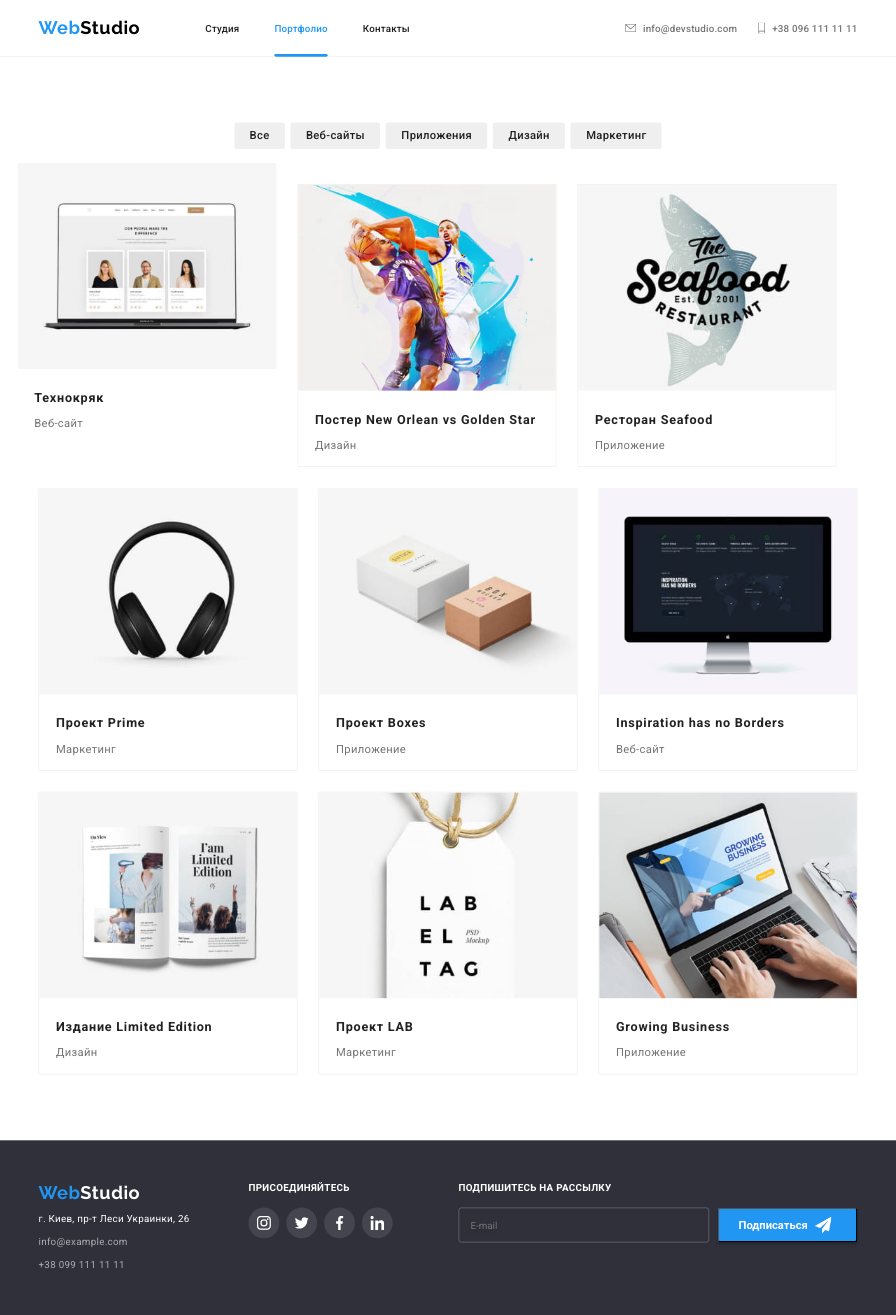
Repository: UliyaKucherernko/home-work-8
Page: porfolio.html
An editor plug-in stored every save of this project. The page is shown before and after the next save, followed by the edit.
The browser window is 1280 px wide. The pictures show the whole page, at 70% of full size.
Some web libraries are served in a nearby version. The style sheet was rebuilt from its Sass, Less or Tailwind sources for each picture, by a compiler version that may differ from the author's.

Above is the page before, as saved 2021-05-05 23:33:24.

### porfolio.html
<!DOCTYPE html>
<html lang="en">
<head>
   <meta charset="UTF-8" />
   <meta http-equiv="X-UA-Compatible" content="IE=edge" />
   <meta name="viewport" content="width=device-width, initial-scale=1.0" />
   <title>WebStudio Портфолио</title>
   <link rel="stylesheet"
      href="https://cdnjs.cloudflare.com/ajax/libs/modern-normalize/1.0.0/modern-normalize.min.css" />
   <link rel="preconnect" href="https://fonts.gstatic.com" />
   <link
      href="https://fonts.googleapis.com/css2?family=Raleway:wght@700&family=Roboto:wght@400;500;700;900&display=swap"
      rel="stylesheet" />
   <link rel="stylesheet" href="./css/styles.min.css" />
</head>
<body>
<header class="header">
   <div class="header__container container">
      <nav class="navigation">
         <a class="link logo" href="index.html">
            <span class="web">Web</span><span class="studio">Studio</span></a>
         <ul class="list">
            <li class="header__menu-item">
               <a href="./index.html" class="link header__menu-link">Студия</a>
            </li>
            <li class="header__menu-item">
               <a href="./porfolio.html" class="link header__menu-link current">Портфолио</a>
            </li>
            <li class="header__menu-item">
               <a href="" class="link header__menu-link">Контакты</a>
            </li>
         </ul>
      </nav>
      <div class="list header__contact-item">
         <a class="link header__link" href="mailto:info@devstudio.com">
            <svg class="header__icon" width="16" height="12">
               <use href="./images/icons-sprite.svg#icon-mail"></use>
            </svg>
            info@devstudio.com
         </a>
         <a class="link header__link" href="tel:+380961111111">
            <svg class="header__icon" width="10" height="16">
               <use href="./images/icons-sprite.svg#icon-phone"></use>
            </svg>
            +38 096 111 11 11
         </a>
      </div>
   </div>
</header>
     <!--что входит в портфолио-->
    <main>
      <section class="gallery">
         <div class="container">
          <ul class="list gallery__btn">
              <li><button class="gallery__btn-filtr" type="button">Все</button></li>
              <li><button class="gallery__btn-filtr" type="button">Веб-сайты</button></li>
              <li><button class="gallery__btn-filtr" type="button">Приложения</button></li>
              <li><button class="gallery__btn-filtr" type="button">Дизайн</button></li>
              <li><button class="gallery__btn-filtr" type="button">Маркетинг</button></li>
          </ul>
 <ul class="gallery__list">
      <li class="gallery__item">
         <div class="gallery__thumb">
           <img src="./images/1-monitor.jpg" alt="на мониторе 3 фотокарточки людей" width="370">
               <div class="gallery__overlay">
                  <p class="gallery__text-overlay">Технокряк это современная площадка распространения коронавируса.
                        Компании используют эту платформу для цифрового
                        шпионажа и атак на защищённые сервера конкурентов.</p>
               </div>


                  <div class="gallery__text">
                       <h3 class="gallery__name">Технокряк</h3>
                       <p class="gallery__main-name">Веб-сайт</p>
                  </div>
      </li>
      <div class="gallery__card">
         <div class="gallery__thumb">
            <li><img src="./images/2-nba.jpg" alt="2 прня играют в баскетбол" width="370">
               <div class="gallery__overlay">
                     <p class="gallery__text-overlay">New Orleans Pelicans — профессиональный баскетбольный клуб,
                         выступающий в Национальной баскетбольной ассоциации.
                     Изначально годом основания команды считался 1988 год.</p>
               </div>
            </li>
         </div>
                  <div class="gallery__text">
                     <h3 class="gallery__name">Постер New Orlean vs Golden Star</h3>
                        <p class="gallery__main-name">Дизайн</p>
                  </div>
      </div>
      <div class="gallery__card">
         <div class="gallery__thumb">
            <li><img src="./images/3-seafood.jpg" alt="рыбный ресторан" width="370">
               <div class="gallery__overlay">
                     <p class="gallery__text-overlay">Рыбный ресторан «Seafood» расположен по бульвару Леси Украинки, недалеко от станции метро Печерская. При входе
                     слева расположен большой аквариум со свежими устрицами.</p>
               </div>
            </li>
         </div>
                  <div class="gallery__text">
                     <h3 class="gallery__name">Ресторан Seafood</h3>
                     <p class="gallery__main-name">Приложение</p>
                  </div>
      </div>
      <div class="gallery__card">
         <div class="gallery__thumb">
            <li><img src="./images/4-prime.jpg" alt="наушники" width="370">
               <div class="gallery__overlay">
                  <p class="gallery__text-overlay">Наушники представляют собой пару небольших по размеру головных телефона или блока наушника,
                      надеваемых на голову или вставляемых прямо в ушные каналы.</p>
               </div>
            </li>
         </div>
                  <div class="gallery__text">
                     <h3 class="gallery__name">Проект Prime</h3>
                     <p class="gallery__main-name">Маркетинг</p>
                  </div>
      </div>

      <div class="gallery__card">
         <div class="gallery__thumb">
            <li><img src="./images/5-boxes.jpg" alt="2 коробки разного размера" width="370">
               <div class="gallery__overlay">
                  <p class="gallery__text-overlay">BOXES - изделие простой конструкции из картона или другого плотного материала
                      в форме многогранника</p>
               </div>
            </li>
         </div>
                  <div class="gallery__text">
                     <h3 class="gallery__name">Проект Boxes</h3>
                     <p class="gallery__main-name">Приложение</p>
                  </div>
      </div>

      <div class="gallery__card">
         <div class="gallery__thumb">
            <li><img src="./images/6-borders.jpg" alt="монитор борд с картой мира" width="370">
               <div class="gallery__overlay">
                  <p class="gallery__text-overlay">Реклама - аправление в маркетинговых коммуникациях, в рамках которого производится
                     распространение информации для привлечения
                  внимания к объекту рекламирования с целью формирования или поддержания интереса к нему.</p>
               </div>
            </li>
         </div>
                  <div class="gallery__text">
                     <h3 class="gallery__name">Inspiration has no Borders</h3>
                     <p class="gallery__main-name">Веб-сайт</p>
                  </div>
      </div>
      <div class="gallery__card">
         <div class="gallery__thumb">
            <li><img src="./images/7-magazine.jpg" alt="журнал" width="370">
               <div class="gallery__overlay">
                  <p class="gallery__text-overlay">Специальный вид издания художественного произведения, куда включены дополнительные материалы, отсутствующие в стандартной версии.</p>
               </div>
            </li>
         </div>
                  <div class="gallery__text">
                     <h3 class="gallery__name">Издание Limited Edition</h3>
                     <p class="gallery__main-name">Дизайн</p>
                  </div>
      </div>
      <div class="gallery__card">
         <div class="gallery__thumb">
            <li><img src="./images/8-labels.jpg" alt="белая этикетка бирка" width="370">
               <div class="gallery__overlay">
                  <p class="gallery__text-overlay">Label-графический или текстовый знак,
                     нанесённый в виде наклейки, бирки или талона на товар, экспонат, любой другой продукт
                  производства, с указанием торговой марки производителя.</p>
               </div>
            </li>
         </div>
                  <div class="gallery__text">
                     <h3 class="gallery__name">Проект LAB</h3>
                     <p class="gallery__main-name">Маркетинг</p>
                  </div>
      </div>
      <div class="gallery__card">
         <div class="gallery__thumb">
            <li><img src="./images/9-nout.jpg" alt="печатают на ноуте" width="370">
               <div class="gallery__overlay">
                  <p class="gallery__text-overlay">Offline/Online - работа, доступная для широких масс населения, использующая главные достоинства Интернета</p>
               </div>
            </li>
         </div>
                     <div class="gallery__text">
                        <h3 class="gallery__name">Growing Business</h3>
                        <p class="gallery__main-name">Приложение</p>
                     </div>
      </div>
   </ul>
      </div>
     </section>
    </main>

   <!--подвал-->
   <footer class="footer">
      <div class="container footer__container">
         <div class="footer__block">
            <a class="link logo" href="index.html">
               <span class="web">Web</span><span class="footer__studio">Studio</span></a>
            <address>
               <ul class="footer__list">
                  <li>
                     <a href="" class="link footer__adress">г. Киев, пр-т Леси Украинки, 26</a>
                  </li>
                  <li>
                     <a href="mailto:info@example.com" class="link footer__contact">info@example.com</a>
                  </li>
                  <li>
                     <a href="+380991111111" class="link footer__contact">+38 099 111 11 11</a>
                  </li>
               </ul>
            </address>
         </div>
         <div class="footer__block">
            <p class="footer__sleng">присоединяйтесь</p>
            <ul class="social-icons">
               <li class="social-icon-item">
                  <a href="" class="social-icon-link footer__icon">
                     <svg>
                        <use href="./images/icons-sprite.svg#icon-instagram"></use>
                     </svg>
                  </a>
               </li>
               <li class="social-icon-item">
                  <a href="" class="social-icon-link footer__icon">
                     <svg>
                        <use href="./images/icons-sprite.svg#icon-twitter"></use>
                     </svg>
                  </a>
               </li>
               <li class="social-icon-item">
                  <a href="" class="social-icon-link footer__icon">
                     <svg>
                        <use href="./images/icons-sprite.svg#icon-facebook"></use>
                     </svg>
                  </a>
               </li>
               <li class="social-icon-item">
                  <a href="" class="social-icon-link footer__icon">
                     <svg>
                        <use href="./images/icons-sprite.svg#icon-linkedin"></use>
                     </svg>
                  </a>
               </li>
            </ul>
         </div>
         <div class="footer__block">
            <p class="footer__sleng">подпишитесь на рассылку</p>
            <form name="footer__form" class="footer__form" novalidate>
               <input type="email" name="email" class="footer__contact-form" id="user_email" placeholder="E-mail" />
               <button type="submit" class="footer__button">Подписаться
                  <svg class="footer__icon-send" width="24px" height="24px">
                     <use href="./images/icons-sprite.svg#icon-icon-send"></use>
                  </svg>
               </button>
            </form>
         </div>
      </div>
   </footer>
   </body>
   </html>

### sass/styles.scss
@import "./vendors/modern-normalize";
@import "./utils/variables";

@import "./base/common";
@import "./base/container";

@import "./components/button";
@import "./components/social-icon";
@import "./components/logo";
@import "./components/section-title";
@import "./components/modal";
@import "./components/modal-form";
@import "./components/contract-checkbox";

@import "./layouts/grid";
@import "./layouts/header";
@import "./layouts/footer";
@import "./layouts/hero";
@import "./layouts/gallery";
@import "./layouts/work";
@import "./layouts/team";
@import "./layouts/cliens";
@import "./layouts/features";
@import "./layouts/navigation";

### sass/utils/_variables.scss
:root {
  --main-text-color: #757575;
  --accent-color: #2196f3;
  --title-color: #212121;
  --dark-bg-color: #2f303a;
  --content-color: #ffffff;
  --team-color: #f5f4fa;
  --social-color: #afb1b8;
  --grid-item: 1;
}

### sass/base/_common.scss
:focus {
  outline: none;
}

*,
*::after,
*::before {
  box-sizing: inherit;
}

address {
  font-style: normal;
}

body {
  font-family: "Roboto", sans-serif;
  font-size: 14px;
  font-weight: 500;
  line-height: 16px;
  letter-spacing: 0.02em;
  text-align: left;
  color: var(--main-text-color);
  margin: 0;
}

.link {
  text-decoration: none;
  color: inherit;
}
h1,
h2,
h3,
p,
ul,
li {
  margin: 0;
  padding: 0;
}

.list {
  display: flex;
  justify-content: center;
  margin-top: 0;
  margin-bottom: 0;
  padding-left: 0;
  list-style: none;
}

### sass/base/_container.scss
.container {
  width: 1200px;
  padding-left: 15px;
  padding-right: 15px;
  margin-right: auto;
  margin-left: auto;
  box-sizing: border-box;
}

.header__container {
  color: var(--title-color);
  display: flex;
  justify-content: flex-end;
  align-items: center;
}

.footer__container {
  display: flex;
  justify-content: space-between;
}

### sass/components/_button.scss
button:hover,
button:focus {
  background: var(--accent-color);
  color: var(--content-color);
  transition-duration: 250ms;
  transition-timing-function: cubic-bezier(0.4, 0, 0.2, 1);
}

button {
  cursor: pointer;
  font-family: inherit;
}

### sass/components/_social-icon.scss
.social-icons {
  display: inline-flex;
}

.social-icon-item {
  display: block;
}

.social-icon-item svg {
  width: 20px;
  height: 20px;
}

.social-icon-item:not(:last-child) {
  margin-right: 10px;
}

.social-icon-link {
  display: flex;
  justify-content: center;
  align-items: center;
  width: 44px;
  height: 44px;
  border-radius: 50%;
}

.social-icon-link:hover,
.social-icon-link:focus {
  background-color: var(--accent-color);
  transition-duration: 250ms;
  transition-timing-function: cubic-bezier(0.4, 0, 0.2, 1);
}

### sass/components/_logo.scss
.logo {
  font-family: Raleway;
  font-weight: 700;
  font-size: 26px;
  line-height: 1.19;
  letter-spacing: 0.03em;
}

.web {
  color: var(--accent-color);
}

.studio {
  color: #000000;
  margin-right: 93px;
}

.footer__studio {
  color: var(--content-color);
}

### sass/components/_section-title.scss
.section-title {
  margin-top: 0;
  margin-bottom: 0;
  text-align: center;
  font-weight: 700;
  font-size: 36px;
  line-height: 1.16;
  letter-spacing: 0.03em;
  color: var(--title-color);
}

### sass/components/_modal-form.scss
.modal__form {
  width: 100%;
  margin-right: auto;
  margin-left: auto;
}

.modal__form-block {
  position: relative;
  height: 40px;
  margin-bottom: 10px;
}

.modal__form-block:hover svg,
.modal__form-block:focus svg {
  fill: var(--accent-color);
  transition-duration: 250ms;
  transition-timing-function: cubic-bezier(0.4, 0, 0.2, 1);
}

.modal__form-blok {
  position: relative;
  width: 100%;
}

textarea {
  font-family: inherit;
  width: 100%;
  border-width: 2px;
  border-radius: 4px;
  padding: 12px 16px;
  border-color: rgba(33, 33, 33, 0.2);
  resize: none;
  margin-top: 4px;
  margin-bottom: 20px;
}

### sass/layouts/_grid.scss
.grid-item {
  flex-basis: calc((100% - 30px * var(--grid-item)) / var(--grid-item));
}

### sass/layouts/_hero.scss
.hero__section {
  max-width: 1600px;
  height: 600px;
  margin-left: auto;
  margin-right: auto;
  padding: 200px 0;
  box-sizing: border-box;
  background: #c4c4c4;
}

.hero {
  display: flex;
  flex-direction: column;
  justify-content: center;
  align-items: center;
}

.hero__sleng {
  margin-top: auto;
  margin-bottom: 30px;
  margin-left: auto;
  margin-right: auto;
  width: 696px;
  height: 120px;
  font-weight: 900;
  font-size: 44px;
  line-height: 1.36;
  letter-spacing: 0.06em;
  text-transform: uppercase;
  text-align: center;
  color: var(--content-color);
}

.overlay {
  max-width: 1600px;
  height: 600px;
  margin-left: auto;
  margin-right: auto;
  background-image: linear-gradient(
      to right,
      rgba(47, 48, 58, 0.4),
      rgba(47, 48, 58, 0.4)
    ),
    url(../images/team-overlay.jpg);
  background-repeat: no-repeat;
  background-position: center;
  background-size: cover;
}

.hero__btn {
  padding: 10px 32px;
  min-width: 136px;
  font-weight: 700;
  font-size: 16px;
  line-height: 1.87;
  letter-spacing: 0.06em;
  background: var(--accent-color);
  border-radius: 4px;
  border: 0;
  color: #ffffff;
}

### sass/layouts/_gallery.scss
.gallery__btn-filtr {
  border: 0;
  border-radius: 4px;
  padding: 6px 22px;
  font-weight: 500;
  font-size: 16px;
  line-height: 1.62;
  letter-spacing: 0.03em;
  color: var(--title-color);
}

.gallery__btn-filtr:hover,
.gallery__btn-filtr:focus {
  box-shadow: 0px 3px 1px rgba(0, 0, 0, 0.1), 0px 1px 2px rgba(0, 0, 0, 0.08),
    0px 2px 2px rgba(0, 0, 0, 0.12);
  transition-duration: 250ms;
  transition-timing-function: cubic-bezier(0.4, 0, 0.2, 1);
}

.gallery__btn {
  margin-bottom: 50px;
}

.gallery__btn li:not(:last-child) .gallery__btn-filtr {
  margin-right: 8px;
}

.gallery {
  padding: 94px 0;
}

.gallery__text {
  padding: 20px 24px;
}

.gallery__list {
  display: flex;
  flex-wrap: wrap;
  margin-top: -30px;
  margin-left: -30px;
  list-style: none;
}

.gallery__card {
  flex-basis: calc(100% / 3 - 30px);
  margin-top: 30px;
  margin-left: 30px;
  width: 370px;
  height: 404px;
  box-sizing: border-box;
  border: 1px solid #eeeeee;
  background: var(--content-color);
}

.gallery__card:hover {
  opacity: 1;
  box-shadow: 0px 1px 1px rgba(0, 0, 0, 0.12), 0px 4px 4px rgba(0, 0, 0, 0.06),
    1px 4px 6px rgba(0, 0, 0, 0.16);
}

.gallery__thumb {
  position: relative;
  overflow: hidden;
}

.gallery__overlay {
  position: absolute;
  display: flex;
  align-items: center;
  width: 100%;
  height: 100%;
  transition-property: transform, background-color;
  transform: translateY(100%);
  transition-duration: 250ms;
  transition-timing-function: cubic-bezier(0.4, 0, 0.2, 1);
}

.gallery__text-overlay {
  font-size: 18px;
  max-width: 340px;
  padding-left: 24px;
  line-height: 1.56;
  color: var(--content-color);
}

.gallery__overlay {
  position: absolute;
  top: 0;
  left: 0;
  width: 370px;
  background-color: rgba(33, 150, 243, 0.9);
}

.gallery__card:hover .gallery__overlay {
  transform: translateY(0%);
}

.gallery__name {
  margin-bottom: 4px;
  font-weight: 700;
  font-size: 18px;
  line-height: 2;
  letter-spacing: 0.06em;
  color: var(--title-color);
}

.gallery__main-name {
  font-weight: 400;
  font-size: 16px;
  line-height: 1.87;
  letter-spacing: 0.03em;
  color: var(--main-text-color);
}

### sass/layouts/_work.scss
.work {
  padding: 94px 0;
}

.work__box-product {
  position: relative;
  height: 294px;
  padding: 0;
}

.work__box-product:not(:last-child) {
  margin-right: 30px;
}

.work__boxes {
  display: flex;
  margin-top: 50px;
  list-style: none;
  padding-left: 0;
}

.work__content {
  position: absolute;
  display: flex;
  justify-content: center;
  align-items: center;
  font-weight: bold;
  line-height: 1.14;
  text-transform: uppercase;
  top: 224px;
  right: 0;
  width: 100%;
  height: 70px;
  color: var(--content-color);
  background-color: rgba(47, 48, 58, 0.8);
}

### sass/layouts/_team.scss
.team {
  padding: 94px 0;
  background-color: var(--team-color);
}

.team__body {
  display: flex;
  justify-content: center;
  margin-top: 50px;
  list-style: none;
}

.team__card {
  text-align: center;
  background: white;
  width: 270px;
  height: 428px;
  box-sizing: border-box;
  box-shadow: 0px 1px 3px rgba(0, 0, 0, 0.12), 0px 1px 1px rgba(0, 0, 0, 0.14),
    0px 2px 1px rgba(0, 0, 0, 0.2);
  border-radius: 0px 0px 4px 4px;
}

.team__card:not(:last-child) {
  margin-right: 30px;
}

.team__names {
  padding: 30px 0;
}

.names {
  margin-bottom: 10px;
  font-weight: 500;
  font-size: 16px;
  line-height: 1.18;
  letter-spacing: 0.03em;
  color: var(--title-color);
}

.team__profession {
  margin-top: 10px;
  margin-bottom: 16px;
  font-weight: 400;
  font-size: 16px;
  line-height: 1.18;
  letter-spacing: 0.03em;
  color: var(--main-text-color);
}

.team__icon svg {
  fill: var(--social-color);
}

.team__icon:hover svg,
.team__icon:focus svg {
  fill: var(--content-color);
  transition-duration: 250ms;
  transition-timing-function: cubic-bezier(0.4, 0, 0.2, 1);
}

### sass/layouts/_cliens.scss
.clients {
  padding: 94px 0;
}

.client__logo {
  fill: var(--social-color);
}

.clients__list {
  display: flex;
  align-items: center;
  justify-content: center;
  list-style: none;
}

.client__logo:hover,
.client__logo:focus {
  fill: var(--accent-color);
  transition-duration: 250ms;
  transition-timing-function: cubic-bezier(0.4, 0, 0.2, 1);
}

.clients__item:not(:last-child) {
  margin-right: 30px;
}

.client__link {
  margin-top: 50px;
  display: flex;
  justify-content: center;
  align-items: center;
  width: 170px;
  height: 90px;
  border: 1px solid #afb1b8;
  border-radius: 4px;
}

.client__link:hover,
.client__link:focus {
  border: 1px solid var(--accent-color);
  transition-duration: 250ms;
  transition-timing-function: cubic-bezier(0.4, 0, 0.2, 1);
}

### sass/layouts/_features.scss
.features {
  padding-top: 94px;
}

.feature__list {
  display: flex;
  padding-left: 0;
  list-style: none;
}

.feature__item {
  width: 270px;
}

.feature__item:not(:last-child) {
  margin-right: 30px;
}

.feature__icon {
  display: inline-flex;
  justify-content: center;
  align-items: center;
  padding: 25px 0;
  background-color: var(--team-color);
  border-radius: 4px;
  width: 270px;
}

.feature__main-text {
  margin-top: 30px;
  font-weight: 700;
  font-size: 14px;
  line-height: 1.14;
  letter-spacing: 0.03em;
  text-transform: uppercase;
  color: var(--title-color);
}

.feature__text {
  margin-top: 12px;
  font-weight: 400;
  font-size: 14px;
  line-height: 1.71;
  letter-spacing: 0.03em;
  color: var(--main-text-color);
  font-size: 14px;
  line-height: 1.71;
  letter-spacing: 0.03em;
  color: var(--main-text-color);
}

### sass/layouts/_navigation.scss
.navigation {
  display: flex;
  align-items: center;
  margin-right: auto;
}

Loaded but not shown: sass/components/_modal.scss (157 lines, source omitted); sass/layouts/_footer.scss (106 lines, source omitted); sass/layouts/_header.scss (81 lines, source omitted); sass/vendors/_modern-normalize.scss (1 lines, source omitted); sass/components/_contract-checkbox.scss (65 lines, source omitted)

After the next save:
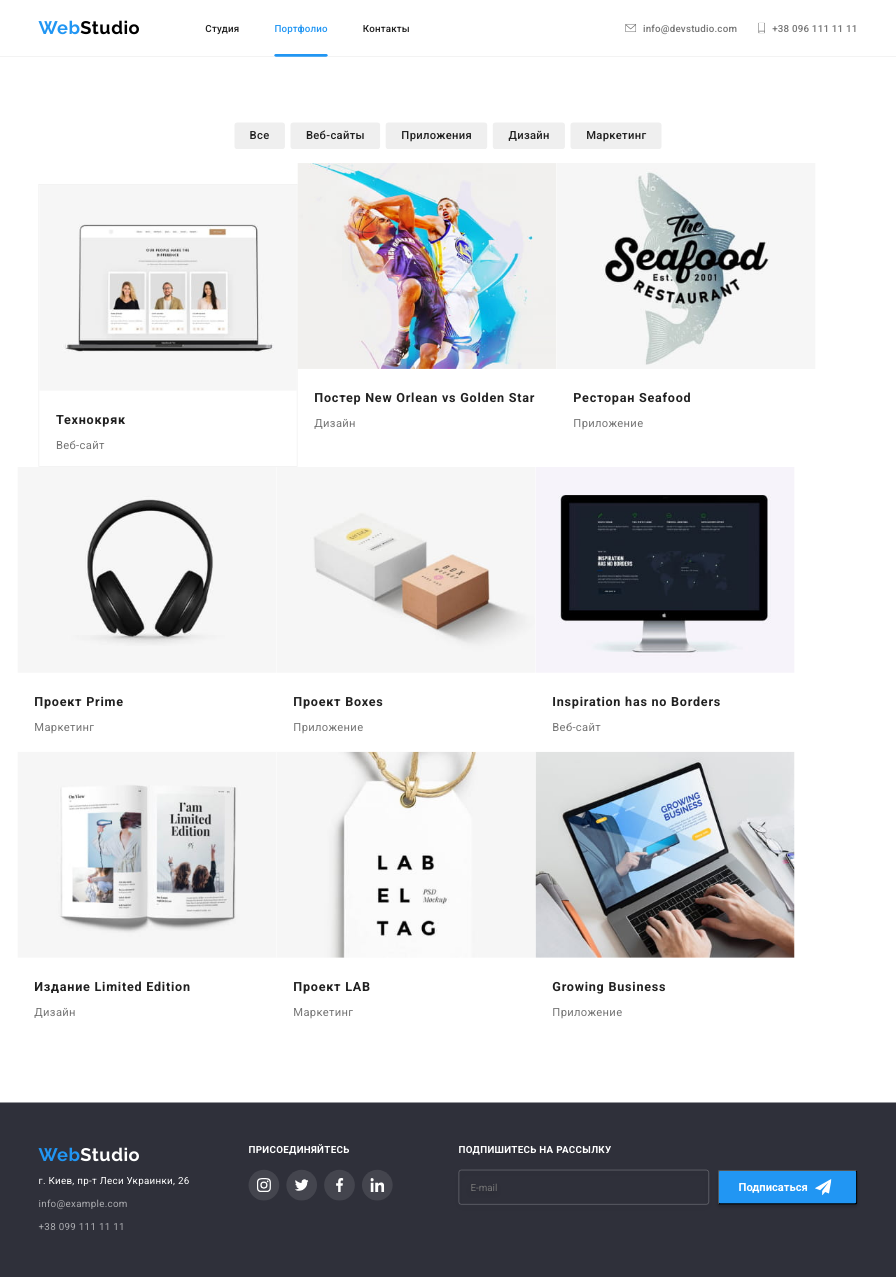
Saved 12 s later.
--- a/sass/layouts/_gallery.scss
+++ b/sass/layouts/_gallery.scss
@@ -41,7 +41,7 @@
   list-style: none;
 }
 
-.gallery__card {
+.gallery__item {
   flex-basis: calc(100% / 3 - 30px);
   margin-top: 30px;
   margin-left: 30px;
@@ -52,7 +52,7 @@
   background: var(--content-color);
 }
 
-.gallery__card:hover {
+.gallery__item:hover {
   opacity: 1;
   box-shadow: 0px 1px 1px rgba(0, 0, 0, 0.12), 0px 4px 4px rgba(0, 0, 0, 0.06),
     1px 4px 6px rgba(0, 0, 0, 0.16);
